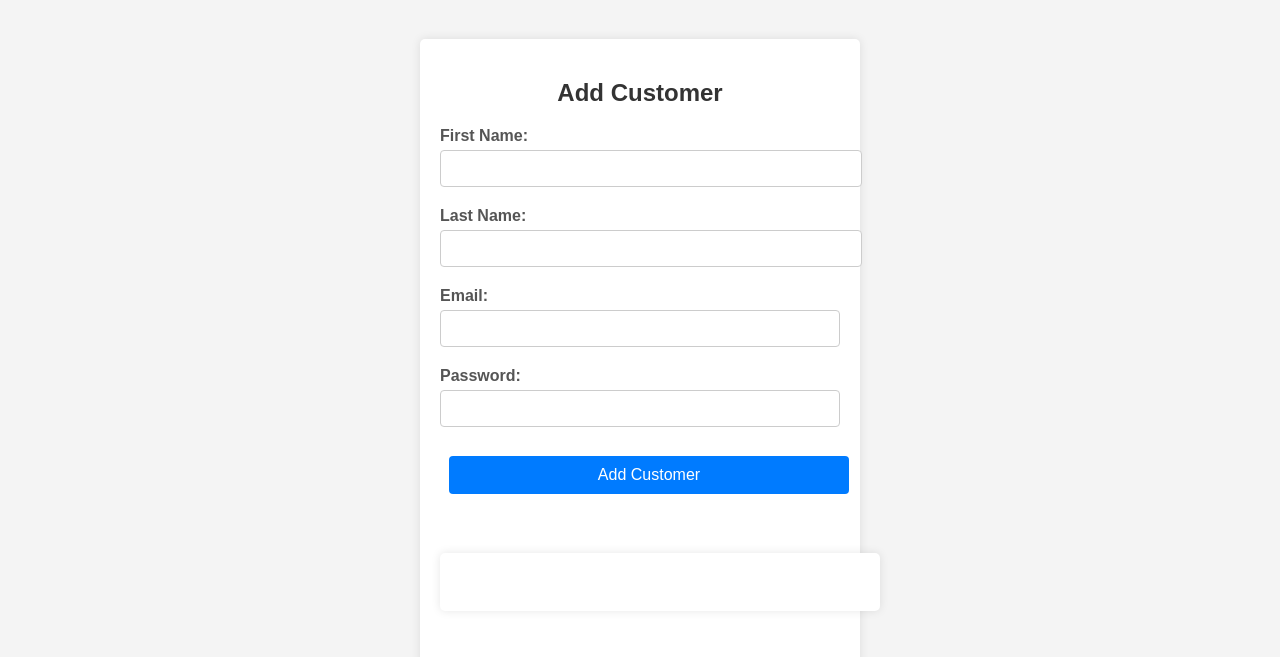
Repository: vinayakGarudi2002/swabhavTrainingProjects
Page: http://localhost/01_banking_application/addCustomer.jsp
An editor plug-in stored every save of this project. The page is shown before and after the next save, followed by the edit.
The browser window is 1280 px wide. The pictures show the whole page.
The page is served by Tomcat 9.

Above is the page before, as saved 2024-08-12 11:29:11.

After the next save:
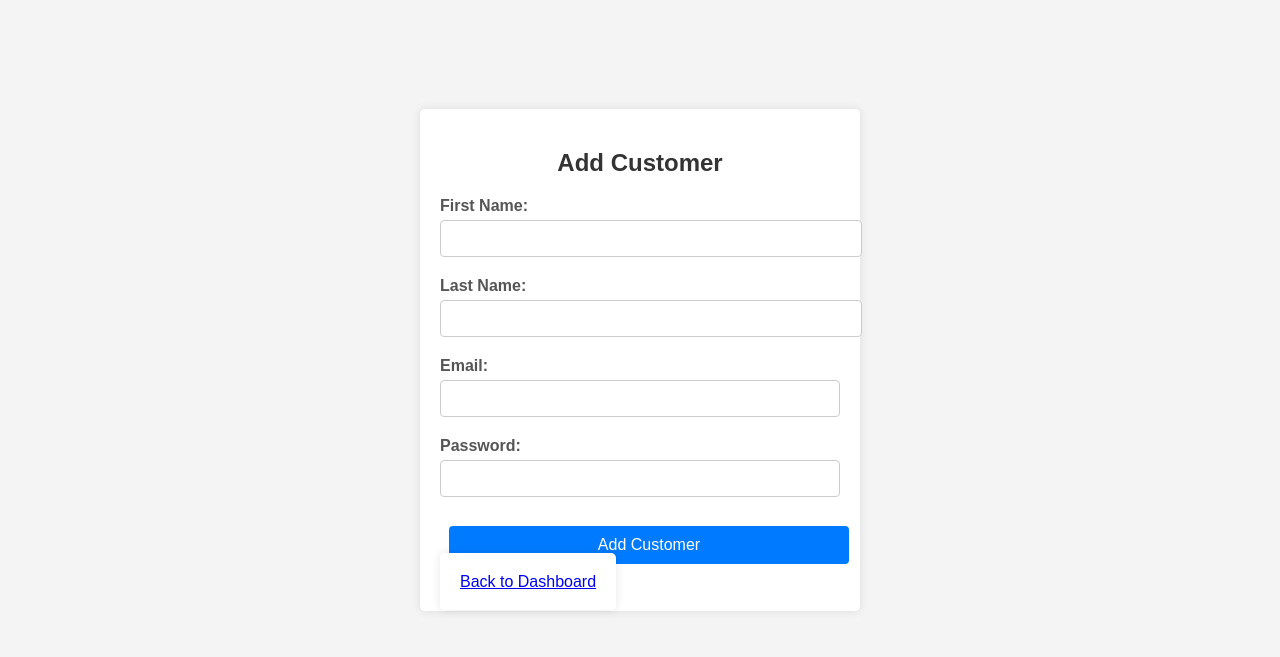
Saved 7 s later.
--- a/01_banking_application/WebContent/addCustomer.jsp
+++ b/01_banking_application/WebContent/addCustomer.jsp
@@ -7,21 +7,7 @@
     <title>Add Customer - Banking App</title>
     <link rel="stylesheet" type="text/css" href="static/css/styles.css">
      <style>
-       a {
-            display: block;
-            width: 97%;
-            padding: 10px;
-            background-color: #007bff;
-            color: white;
-            text-align: center;
-            border-radius: 4px;
-            text-decoration: none;
-            font-size: 16px;
-        }
 
-        a:hover {
-            background-color: #0056b3;
-        }
     </style>
 </head>
 <body>
